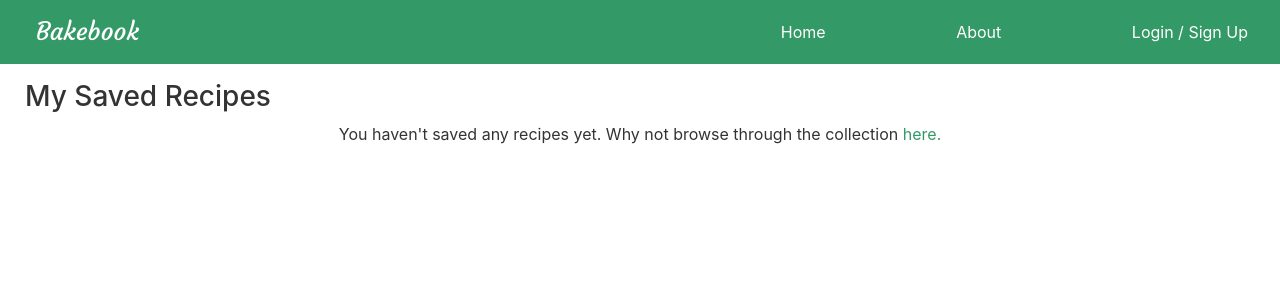
Repository: kmaaallen/bake_book
Page: templates/savedrecipes.html
The author's editor kept a record of every edit. The page is drawn from the files as they stood at one moment, then again after the next edit.
The browser window is 1280 px wide. The pictures show the whole page.
Some web libraries are served in a nearby version. The template is drawn by Flask 3. The application's start-up code is not run. Other server files are loaded and not shown. The template is opened directly, without the code that normally fills it, so the values that code supplies are empty.

Above is the page before.

### templates/savedrecipes.html
{% extends 'base.html' %} {% block content %}
<h3 class="page-header">My Saved Recipes</h3>
<div class="row display-recipes">
    {% if recipe is defined %}
    {% for recipe in recipes %}
    <div class="card" style="width: 18rem;">
        <img src="{{recipe.recipe_url}}" class="card-img-top" alt="...">
        <div class="card-body">
            <h3 class="card-title">{{recipe.recipe_title}}</h3>
            <p class="card-text">{{recipe.sub_title}}</p>
            <a href="{{url_for('recipe_card', recipe_id=recipe._id)}}" class="btn view-recipe-btn">View Recipe</a>
            <a href="{{url_for('unsave_recipe', recipe_id=recipe._id)}}" class="btn view-recipe-btn delete-recipe-btn">Unsave Recipe</a>
        </div>
    </div>
    {% endfor %}
    {% else %}
    <div class="about text">
        <p>You haven't saved any recipes yet. Why not browse through the collection <a class="signup" href="{{url_for('show_recipes')}}">here.</a></p>
    </div>
    {% endif %}
</div>

{% endblock %}

### templates/base.html
<!DOCTYPE html>
<html>

<head>
    <meta name="viewport" content="width=device-width, initial-scale=1">
    <link href="https://fonts.googleapis.com/icon?family=Material+Icons" rel="stylesheet">
    <link rel="stylesheet" href="https://stackpath.bootstrapcdn.com/font-awesome/4.7.0/css/font-awesome.min.css" type="text/css" />
    <link rel="stylesheet" href="https://stackpath.bootstrapcdn.com/bootstrap/4.3.1/css/bootstrap.min.css">
    <link rel="stylesheet" href="{{url_for('static', filename='css/style.css')}}" type="text/css" />
    <link rel="shortcut icon" type="image/x-icon" href="static/favicon.ico">
</head>

<body>
<!-- mobile nav -->
<nav class="mobile-nav navbar fixed-top">
    <a class="navbar-brand" href="https://bake-book-milestone.herokuapp.com/">Bakebook</a>
    <div class="dropdown hidden-md-up">
        <li class="nav-item dropdown-mobile">
            <a class="nav-link mobile-dropdown dropdown" href="#" id="navbarDropdownMobileLink" role="button" data-toggle="dropdown" aria-haspopup="true" aria-expanded="false">
                     <i class="fa fa-bars"></i>
                </a>
            <div class="dropdown-menu mobile-menu dropdown-menu-right" aria-labelledby="navbarDropdownMobileLink">
                <a class="dropdown-item" href="{{url_for('show_recipes')}}">Home</a>
                <a class="dropdown-item" href="{{url_for('about')}}">About</a> {% if session['logged_in'] %}
                <a class="dropdown-item" href="{{url_for('submit_recipe')}}">Submit a recipe</a>
                <a class="dropdown-item" href="{{url_for('my_recipes')}}">My Recipes</a>
                <a class="dropdown-item" href="{{url_for('my_saved_recipes')}}">My Saved Recipes</a>
                <a class="dropdown-item" href="{{url_for('logout')}}">Logout</a> {% else %}
                <a class="nav-link" href="{{url_for('login')}}">Login / Sign Up</a> {% endif %}
            </div>
        </li>
    </div>
    </div>
</nav>
<!--Main Nav Section -->
<nav class="main-nav navbar fixed-top hidden-sm-down">
    <li class="nav-item">
    <a class="navbar-brand" href="https://bake-book-milestone.herokuapp.com/">Bakebook</a>
    </li>
    <div class="main-nav-menu">
    <li class="nav-item">
        <a class="nav-link" href="{{url_for('show_recipes')}}">Home</a>
      </li>
    <li class="nav-item">
        <a class="nav-link" href="{{url_for('about')}}">About</a>
      </li>
    {% if session['logged_in'] %}
    <li>
        <a href="{{url_for('submit_recipe')}}">Submit a recipe</a>
        </li>
    <li class="nav-item dropdown">
        <a class="nav-link dropdown-toggle" href="#" id="navbarDropdownMenuLink" role="button" data-toggle="dropdown" aria-haspopup="true" aria-expanded="false">
             {{ session['username'] }}
        </a>
        <div class="dropdown-menu dropdown-menu-right dropdown-main-nav" aria-labelledby="navbarDropdownMenuLink">
          <a class="dropdown-item" href="{{url_for('my_recipes')}}">My Recipes</a>
          <a class="dropdown-item" href="{{url_for('my_saved_recipes')}}">My Saved Recipes</a>
          <a class="dropdown-item" href="{{url_for('logout')}}">Logout</a>
        </div>
      </li>
      {% else %}
          <a class="nav-link" href="{{url_for('login')}}">Login / Sign Up</a>
      {% endif %}
      </div>
</nav>

    {% with messages = get_flashed_messages() %}
	  {% if messages %}
	    {% for message in messages %}
		  <div class="alert alert-warning alert-dismissible" role="alert">
			{{message}}
		  </div>
		{% endfor %}
	  {% endif %}
	{% endwith %}
    {% block content %} {% endblock %}
    <script src="https://cdnjs.cloudflare.com/ajax/libs/jquery/3.2.1/jquery.min.js"></script>
    <script src="https://stackpath.bootstrapcdn.com/bootstrap/4.3.1/js/bootstrap.min.js"></script>
<script type="text/javascript">
    //functions to add and remove extra inputs for method and ingredients
    function removeInput(e) {
        e.parentElement.remove(e.parentElement);
    }

    function addIngredient() {
        var newInput = $("<div><input required type='text' value='' class='ingredients extra-input' name='ingredients'></input><a class='btn add-btn' onClick='removeInput(this)'><i class='material-icons'>delete</i></a><a class='btn add-btn' onClick='addIngredient()'><i class='material-icons'>add</i></a></div>")
        $("#ingredients").append(newInput);
    }

    function addStep() {
        var newInput = $("<div><textarea value='' class='method extra-input' name='method'></textarea><a class='btn add-btn textarea-add-btn' onClick='removeInput(this)'><i class='material-icons'>delete</i></a><a class='btn add-btn textarea-add-btn' onClick='addStep()'><i class='material-icons'>add</i></a></div>")
        $("#method").append(newInput);
    }

    // show recipe url preview if not empty
    function showPreview() {
        var new_url = document.getElementById('recipe_url').value;
        if (document.getElementById('edit_preview') != null) {
            document.getElementById('edit_preview').src = new_url;
        }
        else {
            document.getElementById('submit-preview').src = new_url;
        }
    }



    $(document).ready(function() {
        if (document.getElementById('recipe_url')) {
            showPreview();
            document.getElementById('recipe_url').addEventListener('change', showPreview);
        }
    });
    </script>
</body>

</html>

### static/css/style.css
@import url('https://fonts.googleapis.com/css?family=Courgette|Roboto&display=swap');

/* Main style */
body{
    color:#333333;
}

.row{
    margin-left:15px;
    margin-right:15px;
}

a{
    color:#ffffff;
}

a:hover {
    color: #003333;
    text-decoration:none;
}

a:not([href]):not([tabindex]) {
    color:#ffffff;
}

.alert-warning {
    color: #856404;
    background-color: #fff3cd;
    border-color: #ffeeba;
    margin-top: 50px;
    margin-bottom: -50px;
}

/* error page style */
.error-page{
    margin-left:100px;
    margin-top:100px;
    margin-right:100px;
}

.error-home-link{
    color:#339966;
}

/* Page header styling*/
.page-header{
    margin-top:80px;
    margin-left:25px;
}

.home-page-header{
    font-size:20px;
    text-decoration: none;
    text-align: center;
    margin-left: auto;
    margin-right: auto;
    width: 100%;
}

/* Nav styling */

.navbar{
    background-color: #339966;
    list-style:none;
    margin-bottom:10px;
}

.navbar-brand{
    padding-left: 20px;
    font-family: 'Courgette';
    color: #ffffff;
    font-size:25px;
}

.navbar-brand:hover{
    color:#003333;
}

.main-nav-menu {
    display: inline-flex;
    width: 40%;
    justify-content: space-between;
    align-items: baseline;
}

.nav-ul {
    list-style: none;
    display: contents;
}

/*Styling for nav menu dropdown*/

.dropdown-menu, .dropdown-item, .nav-link{
    background-color:#339966;
    color:#ffffff;
}

.dropdown-item:focus, .dropdown-item:hover {
    color: #003333;
    text-decoration: none;
    background-color: #339966;
}

.dropdown-menu-right{
    right: -23px;
}

/* Recipes homepage style */
.display-recipes{
    justify-content:center;
}

.input-field{
    margin-right: auto;
    margin-left: auto;
    display: flex;
    justify-content: center;
}

.search-bar {
    background-color: #cccccc;
    width: 95%;
    margin-top: 10px;
}

.search-bar:focus {
    outline: none;
}

.search-form-top{
    margin-top: 80px;
}

.search-form{
    width: 100%;
    height:50px;
}

.search-btn {
    background-color: #339966;
    color: #ffffff;
    height: 24px;
    margin-left: 5px;
    padding: 0px;
    transform: translateY(12px);
}

.card-img-top{
    height: 250px;
    object-fit: cover;
}

.card-text {
    min-height: 100px;
    font-size: larger;
}

.card-title{
    min-height:120px;
}

.view-recipe-btn{
    color: #fff;
    background-color: #339966;
    border-color: #339966;
}

/* Recipecard template styling */

.recipe-container{
    padding-left:20px;
    font-family: 'Roboto';
    margin-top:100px;
}

.method-ingredient-title{
    text-decoration: underline;
}

.btn.save-btn{
    background-color:#003333;
    color:#ffffff;
    margin-top:30px;
}

.btn:focus {
    outline: 0;
    box-shadow: 0 0 0 0.2rem #cccccc;
}

.full-recipe-card{
    width:100%;
    margin-bottom: 20px;
    border: 0px solid rgba(0,0,0,0);
}

.full-recipe-card-top{
    height:500px;
    object-fit: cover;
}

.full-recipe-card-body{
    height: 60px;
}

.icon-star{
    transform: translateY(4px);
}

/* Submit / Edit  recipe form styling */

.helper-text{
    color:#cccccc;
    font-size: 16px;
}

.textarea-add-btn {
    transform: translateY(-10px);
}

.add-btn {
    background-color: #339966;
    color: #ffffff;
    height: 24px;
    margin-left: 5px;
    padding: 0px;
}

.form-container{
    padding-right: 20px;
    font-family: 'Roboto';
    max-width: 90%;
    margin-top:80px;
    margin-left:50px;
}

input{
    width:90%;
    box-shadow: none;
    margin-bottom: 10px;
    border: solid 1px #cccccc;
    padding-left:10px;
}

input:focus, textarea:focus{
    outline-color:#cccccc;
}

.extra-input{
    width: 80%;
}

.input-div-width{
    width: 100%;
}

textarea {
    overflow: auto;
    resize: vertical;
    width: 90%;
    height: 28px;
    border-color: #cccccc;
}

.label{
    color: #339966;
}


/* about page styling */
.about-page{
    margin-left:50px;
    margin-top:100px;
}

.about-text, .about-header{
    margin-left:-26px;
}

.jumbotron-fluid{
    background-image:url('https://c.pxhere.com/images/41/f2/9cae19e4045f684f3c3b9eeb1bc7-1455763.jpg!d');
    height:400px;
    background-size:cover;
    margin: -55px -55px 20px -55px;
}

.mailto {
    color: #339966;
}

/*login page styling*/
.signup{
    color:#339966;
}

.invalid-message{
    margin-left:50px;
}

/* My Recipes style */

.delete-recipe-btn{
    margin-top:10px;
    background-color:#333333;
    border-color: #333333;
}

.delete-recipe-btn:hover{
    color:#cccccc;
}

.preview-image, .submit-preview-image{
    height:200px;
}

/* Media Queries */
@media (max-width: 992px){
    .main-nav{
        display:none;
    }
    .btn.save-btn{
        margin-top:60px;
    }
    .textarea-add-btn{
        margin-top:10px;
    }
}
@media (min-width:992px) {
    .extra-input {
        width: 90%;
    }
}

After the next edit:
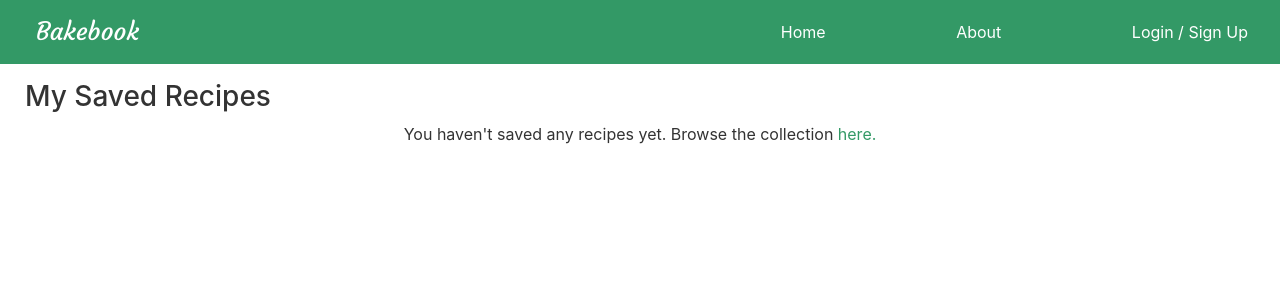
The edit:
--- a/templates/savedrecipes.html
+++ b/templates/savedrecipes.html
@@ -15,7 +15,7 @@
     {% endfor %}
     {% else %}
     <div class="about text">
-        <p>You haven't saved any recipes yet. Why not browse through the collection <a class="signup" href="{{url_for('show_recipes')}}">here.</a></p>
+        <p>You haven't saved any recipes yet. Browse the collection <a class="signup" href="{{url_for('show_recipes')}}">here.</a></p>
     </div>
     {% endif %}
 </div>
